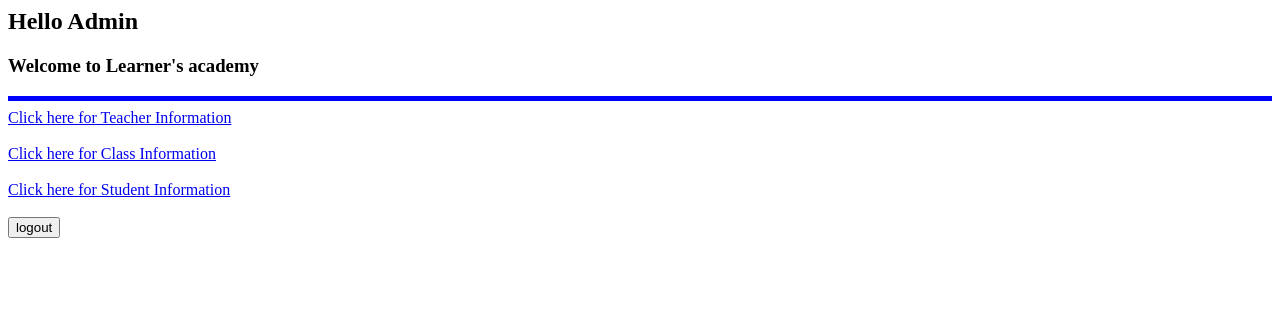
Repository: anithagnana123/Simplilearn_Phase2_project
Page: http://localhost/phase2-project/welcome
An editor plug-in stored every save of this project. The page is shown before and after the next save, followed by the edit.
The browser window is 1280 px wide. The pictures show the whole page.
The page is served by Tomcat 9.

Above is the page before, as saved 2022-10-21 11:32:50.

After the next save:
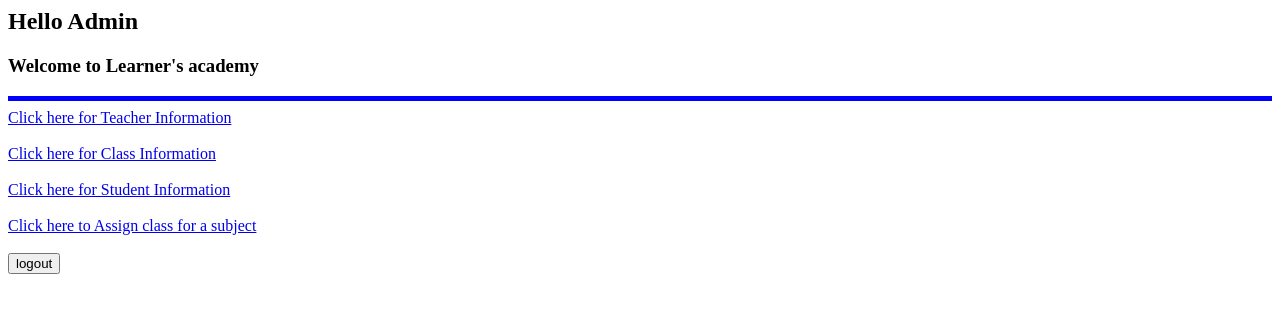
Saved 6 min 11 s later.
--- a/phase2-project/src/main/java/com/simplilearn/workshop/WelcomeServlet.java
+++ b/phase2-project/src/main/java/com/simplilearn/workshop/WelcomeServlet.java
@@ -45,6 +45,9 @@ public class WelcomeServlet extends HttpServlet {
 	    out.println("<a href = \"theclass.html\">Click here for Class Information</a>");
 	    out.println("<br> <br>");
 	    out.println("<a href = \"student.html\">Click here for Student Information</a>");
+	    out.println("<br> <br>");
+	    out.println("<a href = \"classsub.jsp\">Click here to Assign class for a subject</a>");
+
 
 	    out.println("&nbsp;");
 	    out.println("<form action='logout' method='get'>");
